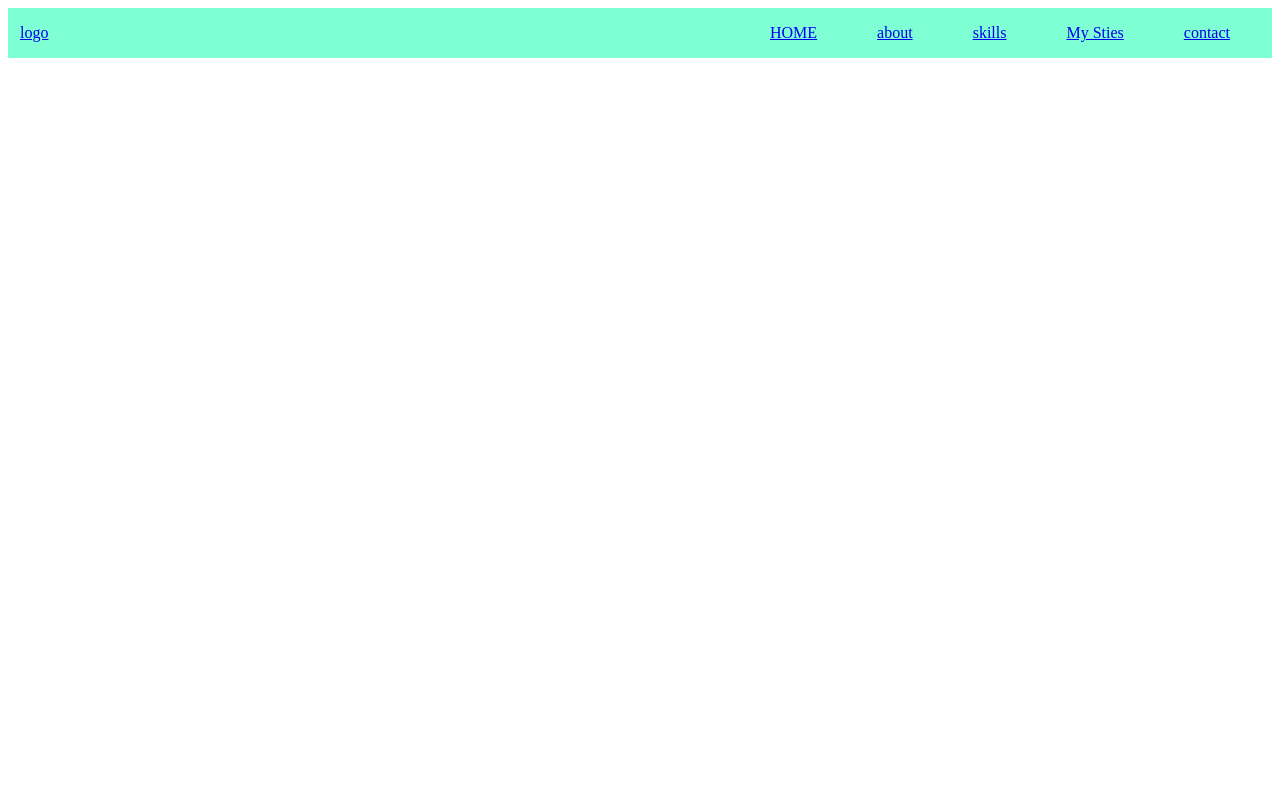
Repository: jun01270/jun
Page: index.html
The author's editor kept a copy of each file at every save. The page is drawn from the files as they stood at one save, then again after the next save.
The browser window is 1280 px wide. The pictures show the whole page.

Above is the page before, as saved 2023-05-09 11:41:06.

After the next save:
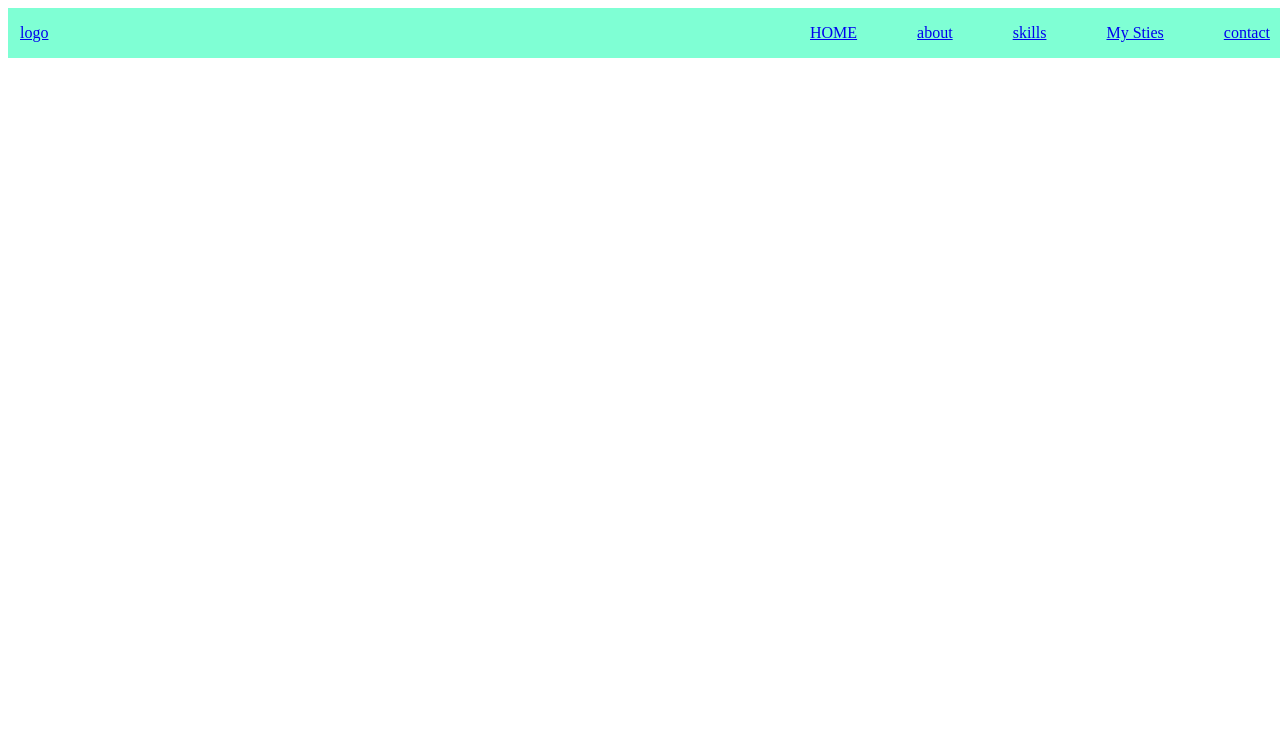
Saved 53 s later.
--- a/css/header.css
+++ b/css/header.css
@@ -8,7 +8,9 @@ html{
     align-items: center;
     background-color: aquamarine;
     padding: 8px 12px;
-
+    position: fixed;
+    width: 100%;
+    z-index:999;
 }
 
 .menu-bar{
